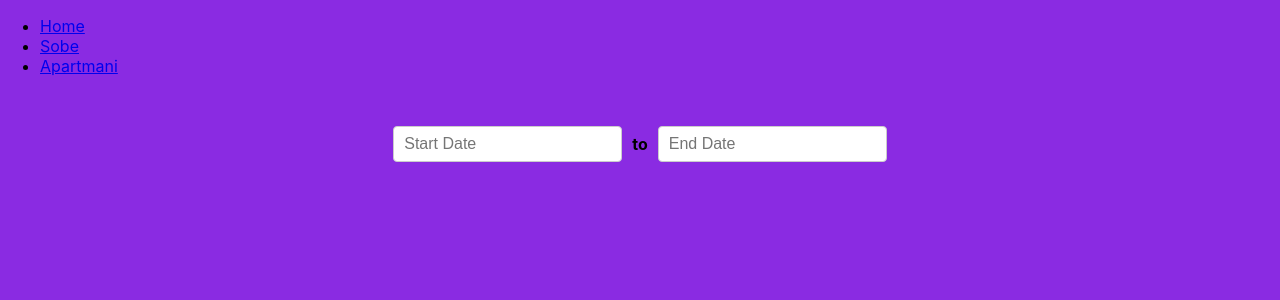
Repository: Saannddrraa/Rezervacije
Page: /
An editor plug-in stored every save of this project. The page is shown before and after the next save, followed by the edit.
The browser window is 1280 px wide. The pictures show the whole page.
The project was rebuilt for these pictures with package versions that can differ from the ones it lists, and the page was loaded fresh each time. Also part of the build but not shown: src/App.css, src/pages/Sobe.jsx, src/pages/Apartmani.jsx.

Above is the page before, as saved 2025-01-23 19:38:54.

After the next save:
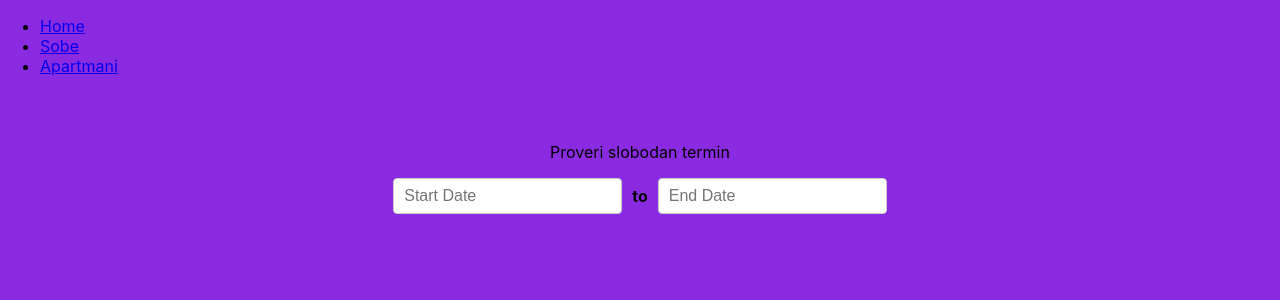
Saved 31 min 35 s later.
--- a/src/pages/Home.jsx
+++ b/src/pages/Home.jsx
@@ -8,6 +8,7 @@ function Home() {
     const [endDate, setEndDate] = useState(null);
   return (
     <div className="home-container">
+    <p>Proveri slobodan termin</p>
       <div className="date-range">
         <DatePicker
           selected={startDate}
